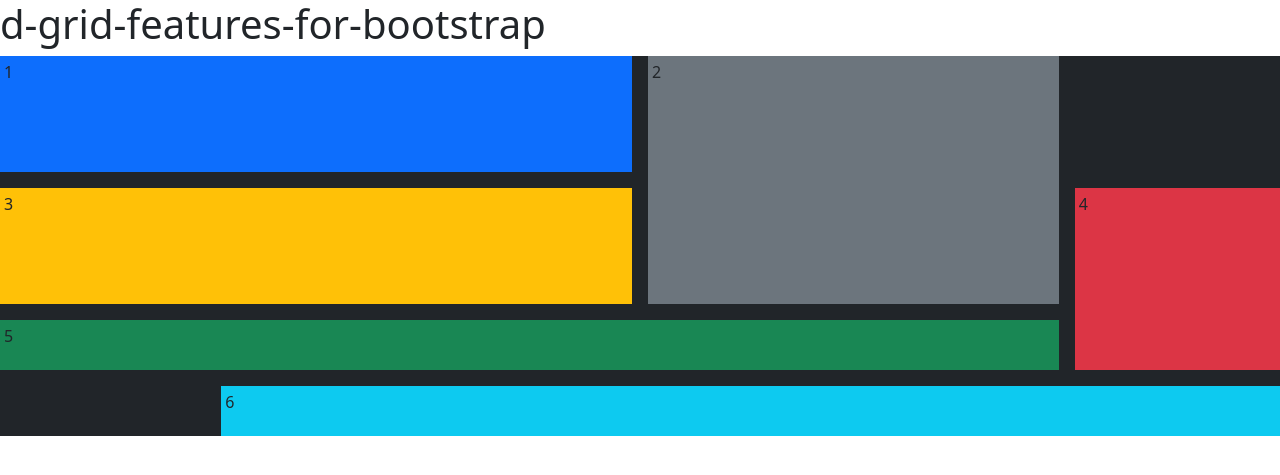
Repository: LynxPardelle/d-grid-features-for-bootstrap
Page: index.html
These files come from the project's save history. The page is drawn as it stood at one moment and after the next save; the edit follows.
The browser window is 1280 px wide. The pictures show the whole page.

Above is the page before, as saved 2021-10-20 05:17:30.

### index.html
<!DOCTYPE html>
<html lang="en">
<head>
  <meta charset="UTF-8">
  <meta http-equiv="X-UA-Compatible" content="IE=edge">
  <meta name="viewport" content="width=device-width, initial-scale=1.0">
  <title>d-grid-features-for-bootstrap</title>
  <link href="https://cdn.jsdelivr.net/npm/bootstrap@5.1.3/dist/css/bootstrap.min.css" rel="stylesheet" integrity="sha384-1BmE4kWBq78iYhFldvKuhfTAU6auU8tT94WrHftjDbrCEXSU1oBoqyl2QvZ6jIW3" crossorigin="anonymous">
</head>
<body>
  <h1>d-grid-features-for-bootstrap</h1>

  <!-- <section class="d-grid bg-dark" data-gfbs data-gfbs-gtc="repeat(4, 1fr)" data-gfbs-gtr="repeat(2, 100px)" > -->
    <!-- <section class="d-grid bg-dark" data-gfbs data-gfbs-gta='"f f b c c a"" f f d e e a"'> -->
      <section class="d-grid bg-dark" data-gfbs data-gfbs-gt='
      [row1-start] "a a b ." 50px [row1-end]
      [row2-start] "a a b ." 50px [row2-end]
      [row3-start] "c c b d" 50px [row3-end]
      [row4-start] "c c b d" 50px [row4-end]
      [row5-start] "e e e d" 50px [row5-end]
      [row6-start] ". f f f" 50px [row6-end]
      / 1fr 2fr 2fr 1fr'
      data-gfbs-gap="1rem"
      >
      <!-- data-gfbs-cg="1rem"
      data-gfbs-rg="1rem" -->
    <div data-gfbs data-gfbs-iga="a" data-gfbs-iga-sm="g" class="grid-element bg-primary p-1">
      1
    </div>

    <div data-gfbs data-gfbs-iga="b" class="grid-element bg-secondary p-1">
      2
    </div>
    <div data-gfbs data-gfbs-iga="c" class="grid-element bg-warning p-1">
      3
    </div>
    <div data-gfbs data-gfbs-iga="d" class="grid-element bg-danger p-1">
      4
    </div>
    <div data-gfbs data-gfbs-iga="e" class="grid-element bg-success p-1">
      5
    </div>
    <div data-gfbs data-gfbs-iga="f" class="grid-element bg-info p-1">
      6
    </div>
  </section>

  <script src="https://cdn.jsdelivr.net/npm/bootstrap@5.1.3/dist/js/bootstrap.bundle.min.js" integrity="sha384-ka7Sk0Gln4gmtz2MlQnikT1wXgYsOg+OMhuP+IlRH9sENBO0LRn5q+8nbTov4+1p" crossorigin="anonymous"></script>
  <script src="./d-grid.js"></script>
</body>
</html>

### d-grid.js
"use strict";

let gridElements = document.querySelectorAll("[data-gfbs]");
console.log(gridElements);

for (let gridElement of gridElements) {
  for (let attribute of gridElement.attributes) {
    let at = attribute.localName;
    console.log(attribute);

    let attValue = attribute.value;
    console.log(attValue);

    let wWidth = window.innerWidth;
    if ( at.includes("gfbs-") &&
      ((!at.includes('-sm') && !at.includes('-md') && !at.includes('-lg') && !at.includes('-xl') && !at.includes('-xll')) ||
      (at.includes('-sm') && wWidth >= "576px" && wWidth < "768px") ||
      (at.includes('-md') && wWidth >= "768px" && wWidth < "992px") ||
      (at.includes('-md') && wWidth >= "992px" && wWidth < "1200px") ||
      (at.includes('-md') && wWidth >= "1200px" && wWidth < "1400px") ||
      (at.includes('-md') && wWidth >= "1400px"))
    ) {
      switch(true){
        /* Container */
        case at.includes("custom"):
          gridElement.style.cssText += attValue;
        break;
        case at.includes("gtc"):
          gridElement.style.gridTemplateColumns = attValue;
        break;
        case at.includes("gtr"):
          gridElement.style.gridTemplateRows = attValue;
        break;
        case at.includes("gta"):
          gridElement.style.gridTemplateAreas = attValue;
        break;
        case at.includes("gt"):
          gridElement.style.gridTemplate = attValue;
        break;
        case at.includes("cg"):
          gridElement.style.columnGap = attValue;
        break;
        case at.includes("rg"):
          gridElement.style.rowGap = attValue;
        break;
        case at.includes("gap"):
          gridElement.style.gap = attValue;
        break;
        case at.includes("ji"):
          gridElement.style.justifyItems = attValue;
        break;
        case at.includes("ai"):
          gridElement.style.alignItems = attValue;
        break;
        case at.includes("pi"):
          gridElement.style.placeItems = attValue;
        break;
        case at.includes("jc"):
          gridElement.style.justifyContent = attValue;
        break;
        case at.includes("ac"):
          gridElement.style.alignContent = attValue;
        break;
        case at.includes("pc"):
          gridElement.style.placeContent = attValue;
        break;
        case at.includes("gac"):
          gridElement.style.gridAutoColumns = attValue;
        break;
        case at.includes("gar"):
          gridElement.style.gridAutoRows = attValue;
        break;
        case at.includes("gaf"):
          gridElement.style.gridAutoFlow = attValue;
        break;
        case at.includes("grid"):
          gridElement.style.grid = attValue;
        break;

        /* Item */
        case at.includes("gcs"):
          gridElement.style.gridColumnStart = attValue;
        break;
        case at.includes("gce"):
          gridElement.style.gridColumnEnd = attValue;
        break;
        case at.includes("gc"):
          gridElement.style.gridColumn = attValue;
        break;
        case at.includes("grs"):
          gridElement.style.gridRowStart = attValue;
        break;
        case at.includes("gre"):
          gridElement.style.gridRowEnd = attValue;
        break;
        case at.includes("gr"):
          gridElement.style.gridRow = attValue;
        break;
        case at.includes("iga"):
          gridElement.style.gridArea = attValue;
          console.log(gridElement.style.gridArea);
        break;
        case at.includes("js"):
          gridElement.style.justifySelf = attValue;
        break;
        case at.includes("as"):
          gridElement.style.alignSelf = attValue;
        break;
        case at.includes("ps"):
          gridElement.style.placeSelf = attValue;
        break;
      }
    }
  }
}

After the next save:
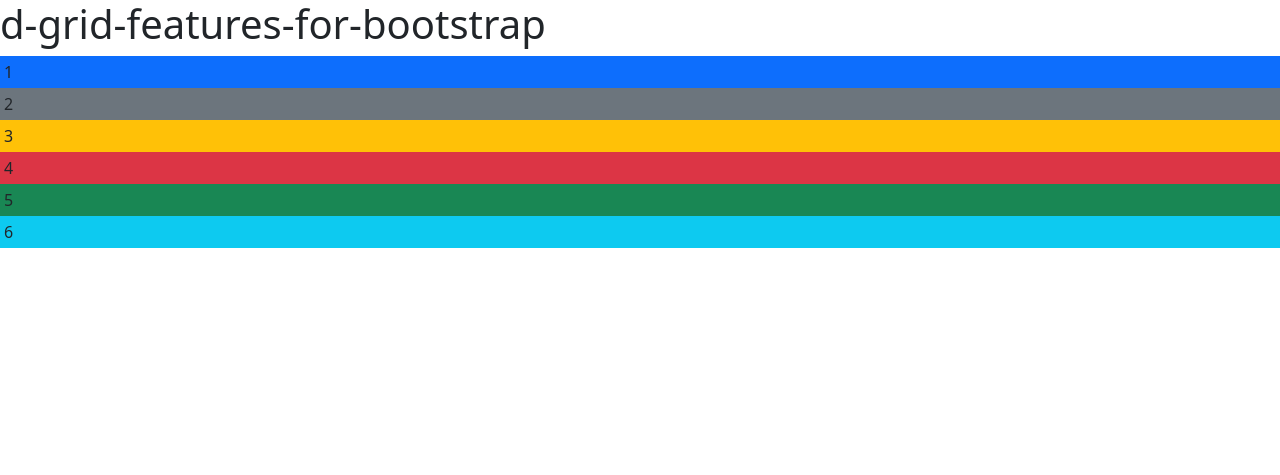
Console error: TypeError: attribute.includes is not a function
Saved 7 min 50 s later.
--- a/d-grid.js
+++ b/d-grid.js
@@ -2,6 +2,23 @@
 
 let gridElements = document.querySelectorAll("[data-gfbs]");
 console.log(gridElements);
+
+function checkIfHasBP(gridElement, atr){
+  let hasIt = false;
+  for (let attribute of gridElement.attributes) {
+    let at = attribute.localName;
+    if(attribute.includes(atr)){
+      if(at.includes('-sm') || at.includes('-md') || at.includes('-lg') || at.includes('-xl') || at.includes('-xll')){
+        hasIt = true;
+        switch(true){
+
+        };
+      }
+    }
+  }
+
+  return hasIt;
+}
 
 for (let gridElement of gridElements) {
   for (let attribute of gridElement.attributes) {
@@ -13,7 +30,7 @@
 
     let wWidth = window.innerWidth;
     if ( at.includes("gfbs-") &&
-      ((!at.includes('-sm') && !at.includes('-md') && !at.includes('-lg') && !at.includes('-xl') && !at.includes('-xll')) ||
+      ((!at.includes('-sm') && !at.includes('-md') && !at.includes('-lg') && !at.includes('-xl') && !at.includes('-xll') && !checkIfHasBP(gridElement, at)) ||
       (at.includes('-sm') && wWidth >= "576px" && wWidth < "768px") ||
       (at.includes('-md') && wWidth >= "768px" && wWidth < "992px") ||
       (at.includes('-md') && wWidth >= "992px" && wWidth < "1200px") ||

After the save that followed:
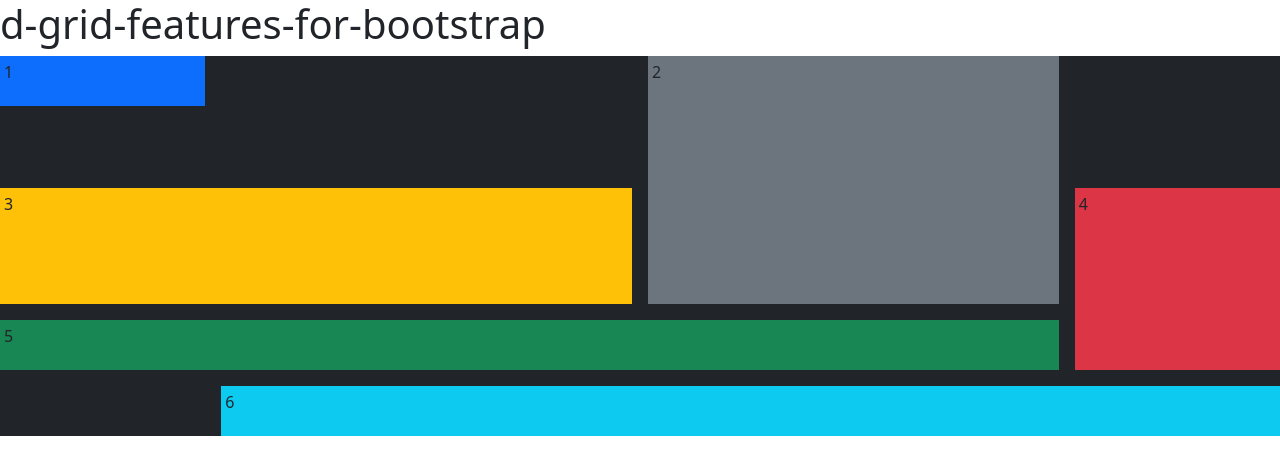
The error is gone.
Saved 117 s later.
--- a/d-grid.js
+++ b/d-grid.js
@@ -5,13 +5,16 @@
 
 function checkIfHasBP(gridElement, atr){
   let hasIt = false;
+  let bp = 0;
   for (let attribute of gridElement.attributes) {
     let at = attribute.localName;
-    if(attribute.includes(atr)){
+    if(at.includes(atr)){
       if(at.includes('-sm') || at.includes('-md') || at.includes('-lg') || at.includes('-xl') || at.includes('-xll')){
         hasIt = true;
         switch(true){
+          case at.includes('-sm'):
 
+          break;
         };
       }
     }
